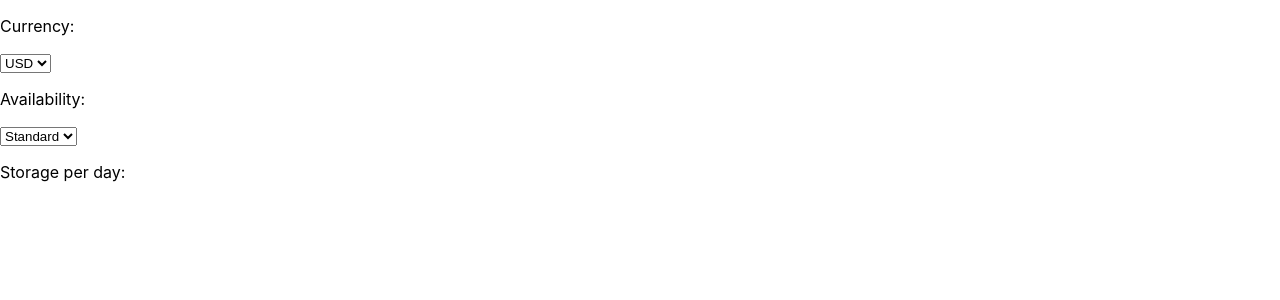
Repository: DinoDime/CostCalculator
Page: /
The author's editor kept a copy of each file at every save. The page is drawn from the files as they stood at one save, then again after the next save.
The browser window is 1280 px wide. The pictures show the whole page.
The project was rebuilt for these pictures with package versions that can differ from the ones it lists, and the page was loaded fresh each time. Also part of the build but not shown: src/App.css.

Above is the page before, as saved 2021-05-10 17:44:20.

After the next save:
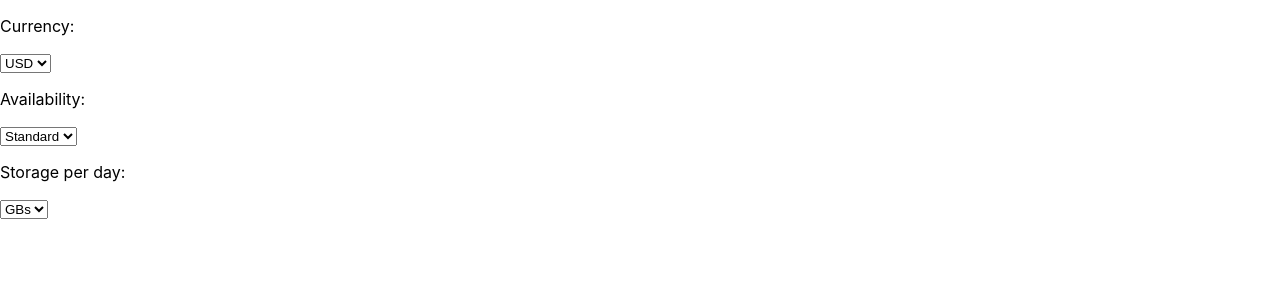
Saved 59 s later.
--- a/src/App.js
+++ b/src/App.js
@@ -22,6 +22,9 @@ function App() {
         <option value="High">High</option>
       </select>
       <p>Storage per day:</p>
+      <select name="text">
+        <option value="GBs">GBs</option>
+      </select>
     </div>
   );
 }
